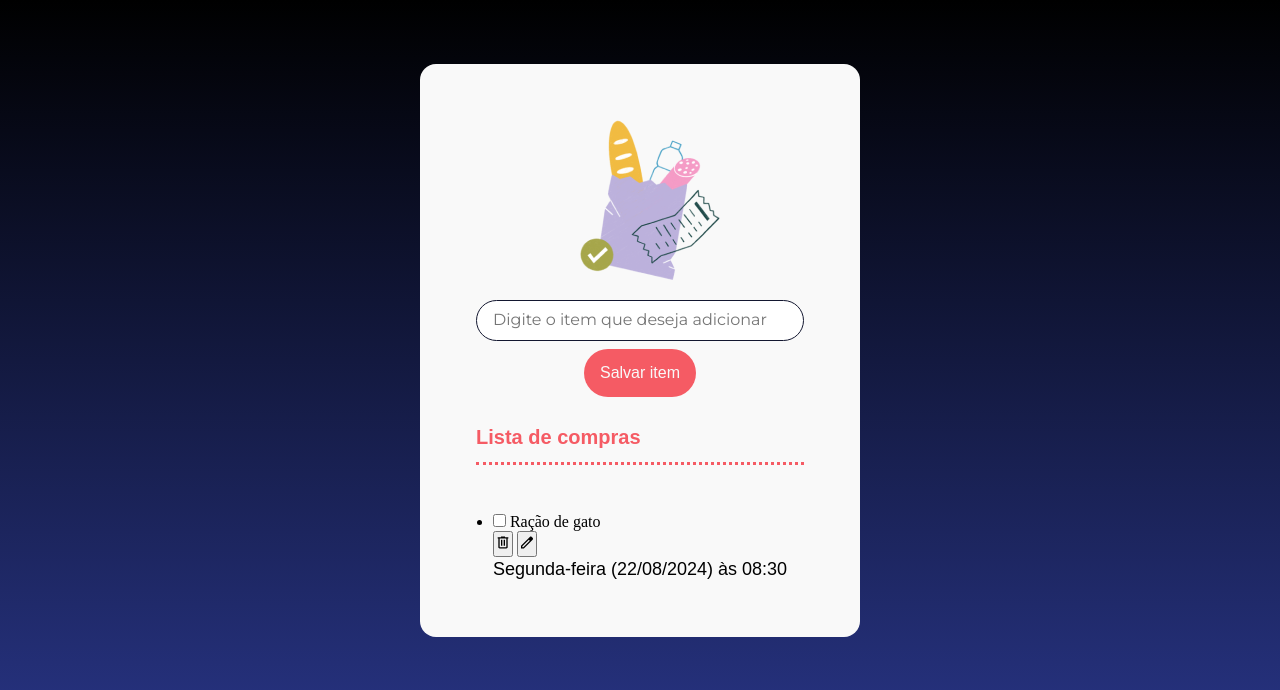
Repository: joaoPraiaJunior/compras_js
Page: index.html
An editor plug-in stored every save of this project. The page is shown before and after the next save, followed by the edit.
The browser window is 1280 px wide. The pictures show the whole page.
Some web fonts or font styles are not loaded; a fallback is used.

Above is the page before, as saved 2024-08-22 21:12:26.

### index.html
<!DOCTYPE html>
<html lang="pt-BR" dir="ltr">

<head>
    <meta charset="UTF-8">
    <meta name="viewport" content="width=device-width, initial-scale=1.0">
    <meta name="description" content="Lista de compras">
    <title>Lista de Compras</title>
    <link rel="preconnect" href="https://fonts.googleapis.com">
    <link rel="preconnect" href="https://fonts.gstatic.com" crossorigin>
    <link href="https://fonts.googleapis.com/css2?family=Krona+One&family=Montserrat&family=Numans&display=swap" rel="stylesheet">
    <link rel="stylesheet" href="./css/styles.css">
</head>

<body>
    <header>
        <img src="./img/bag.png" alt="sacola de compras">
    </header>
    <main>
        <form class="busca">
            <input class="busca__campo" type="search" name="busca" placeholder="Digite o item que deseja adicionar">
            <button class="busca__botao">Salvar item</button>
        </form>
        <h1>Lista de compras</h1>
        <hr>

        <ul class="lista">
            <li class="lista__item">
                <div>
                    <div>
                        <input type="checkbox" name="produto" id="racao_de_gato">
                        <label for="racao_de_gato">Ração de gato</label>
                    </div>
                    <div>
                        <button><img src="./img/delete.svg" alt="Deletar"></button>
                        <button><img src="./img/edit.svg" alt="Editar"></button>
                    </div>
                </div>
                <p>Segunda-feira (<time datetime="2024-08-22">22/08/2024</time>) às <time>08:30</time></p>
            </li>
        </ul>
    </main>
</body>

</html>

### css/styles.css
* {
    box-sizing: border-box;
    margin: 0;
    padding: 0;
}

html {
    font-size: 62.5%;
}

:root {
    --cor-primaria: #F55B64;
    --cor-secundaria: #C2373F;
    --neutro: #F9F9F9;
    --preto: #131730;
    --fonte-titulo: "Krona One", sans-serif;
    --fonte-texto: 'Numans', sans-serif;
    --degrade-azul: linear-gradient(180deg, #000000 0%, #26327F 100%);
}

body {
    display: flex;
    flex-direction: column;
    align-items: center;
    background: var(--degrade-azul);
    background-repeat: no-repeat;
    font-size: 1.6rem;
    height: 100vh;
}

header {
    text-align: center;
    margin-top: 6.4rem;
    background-color: var(--neutro);
    border-radius: 1.6rem 1.6rem 0 0;
    padding: 5.6rem 5.6rem 1.6rem 5.6rem;
    width: 44.0rem;

}

main {
    display: flex;
    flex-direction: column;
    align-items: center;
    gap: 2.4rem;
    background-color: var(--neutro);
    border-radius: 0 0 1.6rem 1.6rem;
    padding: 0 5.6rem 5.6rem 5.6rem;
    width: 44.0rem;
}

h1 {
    align-self: flex-start;
    font-family: var(--fonte-titulo);
    font-size: 2.0rem;
    color: var(--cor-primaria);
    line-height: 3.3rem;
}

hr {
    border: none;
    border-bottom: .3rem dotted var(--cor-primaria);
    margin-bottom: 2.4rem;
    width: 100%;
}

hr:empty {
    margin-top: calc(1.6rem * -1);
}

p {
    font-family: var(--fonte-texto);
    font-size: 1.8rem;
    font-weight: 400;
    text-align: left;
    line-height: 2.4rem;
}


.busca {
    display: flex;
    flex-direction: column;
    gap: .8rem;
    width: 100%;
}

.busca__campo {
    border: .1rem solid var(--preto);
    border-radius: 2.4rem;
    padding: 1.2rem 1.6rem;
}

.busca__campo::placeholder {
    font-family: "Montserrat", sans-serif;
    font-size: 1.6rem;
    line-height: 1.9rem;
}

.busca__botao {
    align-self: center;
    font-family: var(--fonte-texto);
    font-size: 1.6rem;
    line-height: 2.4rem;
    color: var(--neutro);
    background-color: var(--cor-primaria);
    border: none;
    border-radius: 2.4rem;
    padding: 1.2rem 1.6rem;
    cursor: pointer;
}

After the next save:
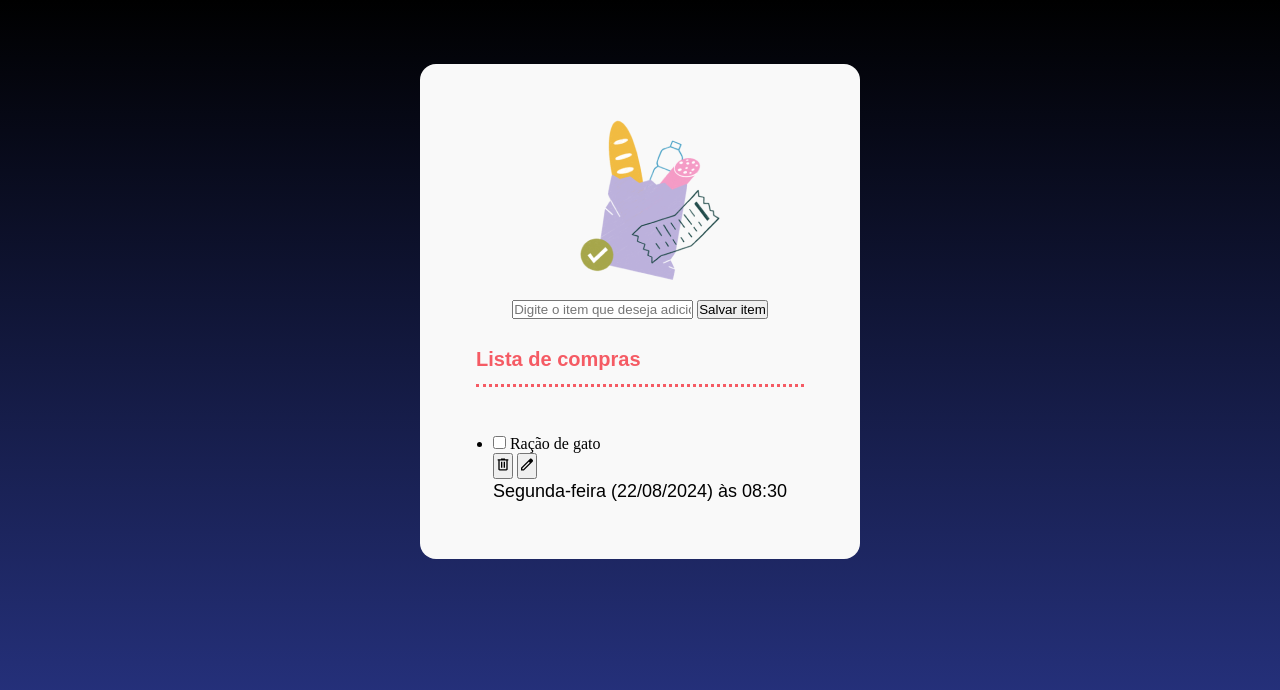
Saved 2 min 27 s later.
--- a/index.html
+++ b/index.html
@@ -17,9 +17,9 @@
         <img src="./img/bag.png" alt="sacola de compras">
     </header>
     <main>
-        <form class="busca">
-            <input class="busca__campo" type="search" name="busca" placeholder="Digite o item que deseja adicionar">
-            <button class="busca__botao">Salvar item</button>
+        <form class="compras">
+            <input class="compras__campo" type="text" name="compra" placeholder="Digite o item que deseja adicionar">
+            <button class="compras__botao">Salvar item</button>
         </form>
         <h1>Lista de compras</h1>
         <hr>

After the save that followed:
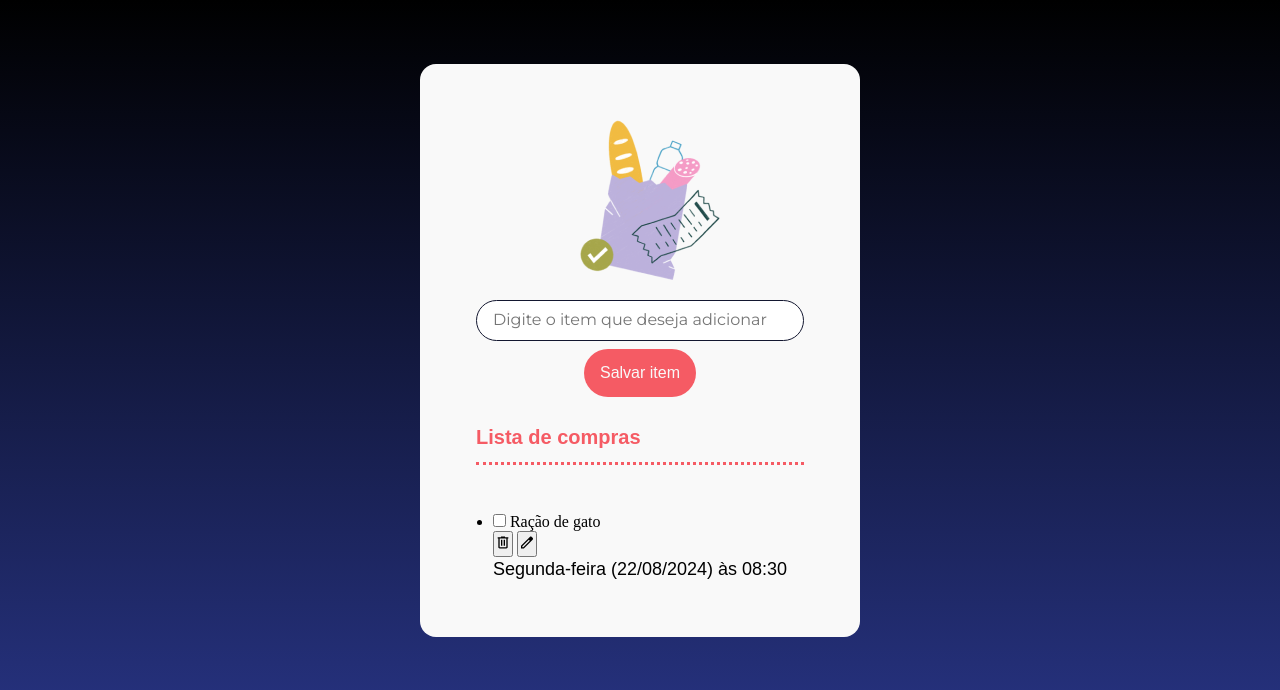
Saved 31 s later.
--- a/css/styles.css
+++ b/css/styles.css
@@ -77,26 +77,26 @@ p {
 }
 
 
-.busca {
+.compras {
     display: flex;
     flex-direction: column;
     gap: .8rem;
     width: 100%;
 }
 
-.busca__campo {
+.compras__campo {
     border: .1rem solid var(--preto);
     border-radius: 2.4rem;
     padding: 1.2rem 1.6rem;
 }
 
-.busca__campo::placeholder {
+.compras__campo::placeholder {
     font-family: "Montserrat", sans-serif;
     font-size: 1.6rem;
     line-height: 1.9rem;
 }
 
-.busca__botao {
+.compras__botao {
     align-self: center;
     font-family: var(--fonte-texto);
     font-size: 1.6rem;
